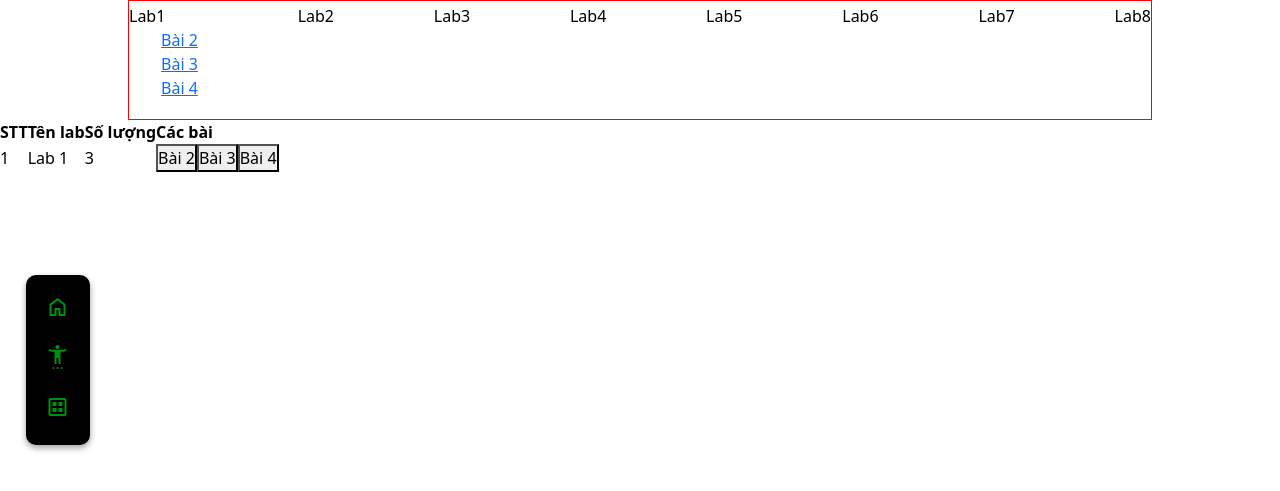
Repository: tuankiet10920/homeworkFEF
Page: /labs
An editor plug-in stored every save of this project. The page is shown before and after the next save, followed by the edit.
The browser window is 1280 px wide. The pictures show the whole page.
The project was rebuilt for these pictures with package versions that can differ from the ones it lists, and the page was loaded fresh each time. Also part of the build but not shown: vite.config.js, src/components/HelloWorld.vue, src/Labs/Lab1/Bai2.vue, src/views/HomeView.vue.

Above is the page before, as saved 2024-10-22 17:04:40.

After the next save:
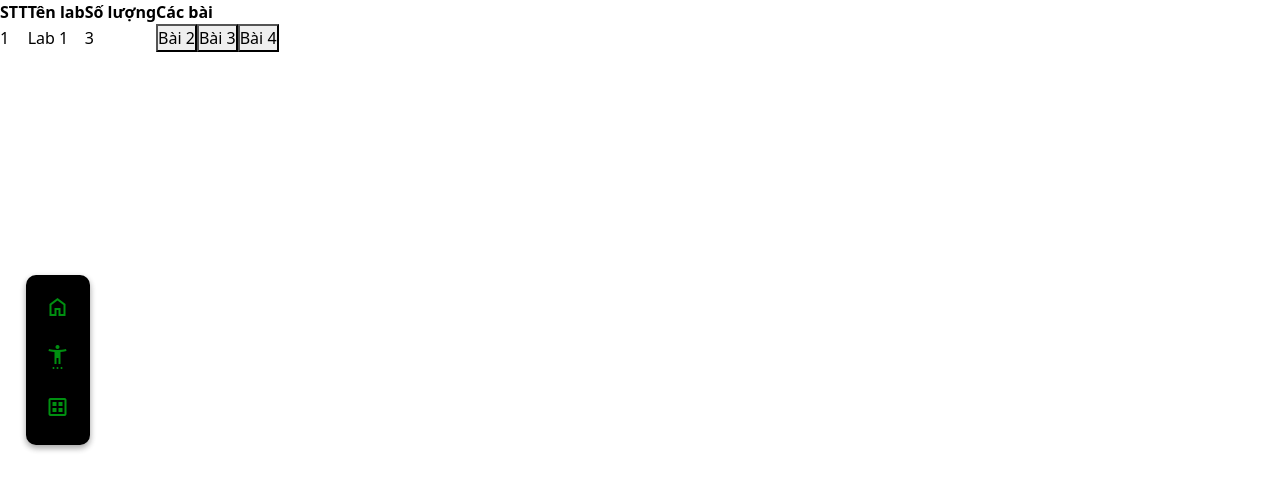
Saved 21 min 31 s later.
--- a/src/views/LabView.vue
+++ b/src/views/LabView.vue
@@ -1,32 +1,5 @@
 <script src></script>
 <template>
-  <header>
-    <nav>
-      <ul class="ul-first">
-        <li class="li-first">
-          Lab1
-          <ul class="ul-second">
-            <li class="li-second">
-              <RouterLink to="/bai2lab1">Bài 2</RouterLink>
-            </li>
-            <li class="li-second">
-              <RouterLink to="/bai3lab1">Bài 3</RouterLink>
-            </li>
-            <li class="li-second">
-              <RouterLink to="/bai4lab1">Bài 4</RouterLink>
-            </li>
-          </ul>
-        </li>
-        <li class="li-first">Lab2</li>
-        <li class="li-first">Lab3</li>
-        <li class="li-first">Lab4</li>
-        <li class="li-first">Lab5</li>
-        <li class="li-first">Lab6</li>
-        <li class="li-first">Lab7</li>
-        <li class="li-first">Lab8</li>
-      </ul>
-    </nav>
-  </header>
   <table>
     <thead>
       <tr>
